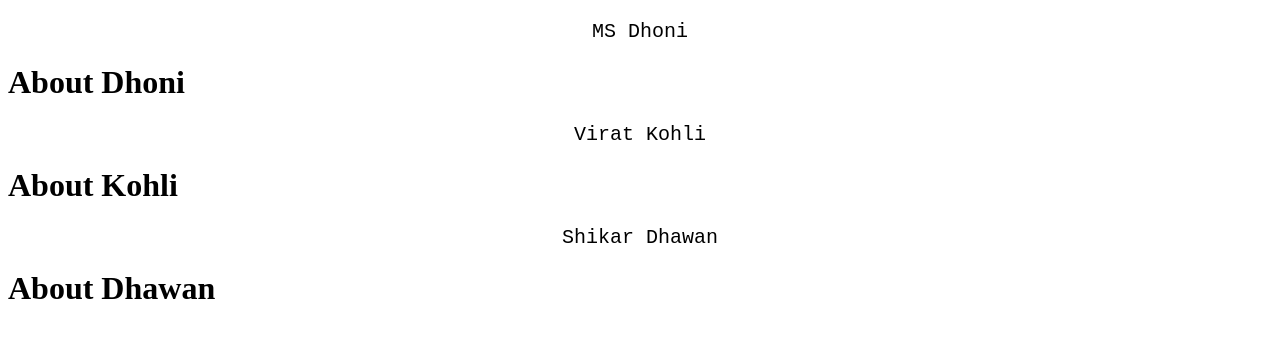
Repository: abhishek110597/Deloitte
Page: Workspace/JavaTraining/players.html
The author's editor kept a copy of each file at every save. The page is drawn from the files as they stood at one save, then again after the next save.
The browser window is 1280 px wide. The pictures show the whole page.

Above is the page before, as saved 2019-12-31 04:04:08.

After the next save:
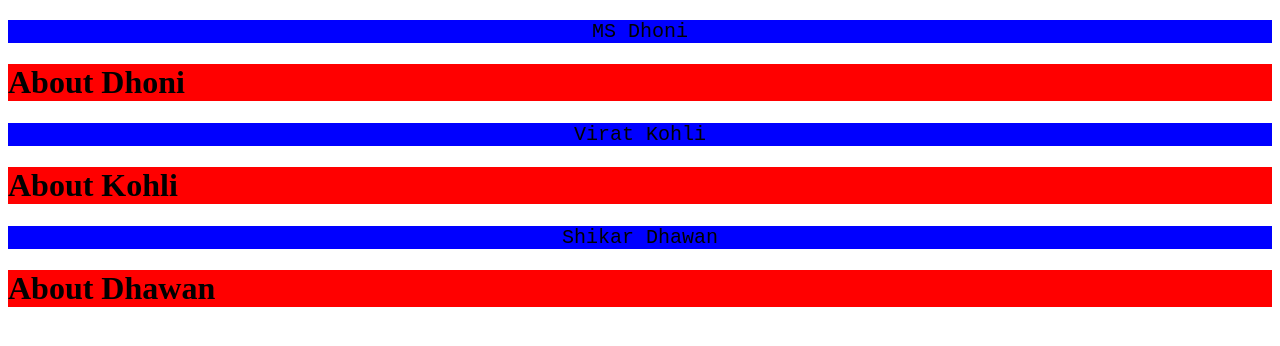
Saved 36 s later.
--- a/Workspace/JavaTraining/players.html
+++ b/Workspace/JavaTraining/players.html
@@ -3,14 +3,14 @@
 <head>
 <style type="text/css">
 p{
-background-color: sky blue;
+background-color: blue;
 text-align: center;
 font-family : monospace;
 font-size : 20px;
 }
 
 h1{
-background-color: LIGHT GREEN;
+background-color: red ;
 }
 
 
